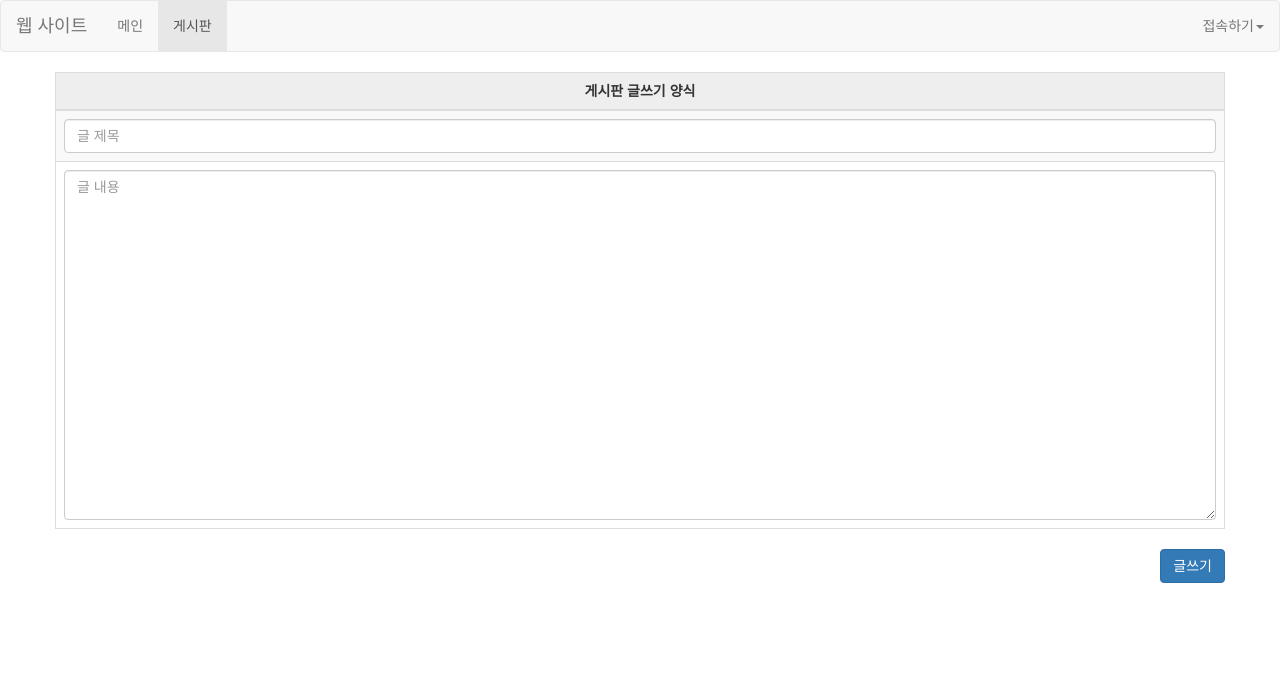
Repository: kingkingburger/webproject
Page: http://localhost/BBS/write.jsp
An editor plug-in stored every save of this project. The page is shown before and after the next save, followed by the edit.
The browser window is 1280 px wide. The pictures show the whole page.
Some web libraries are served in a nearby version. The page is served by Tomcat 9.

Above is the page before, as saved 2020-11-23 10:48:00.

After the next save:
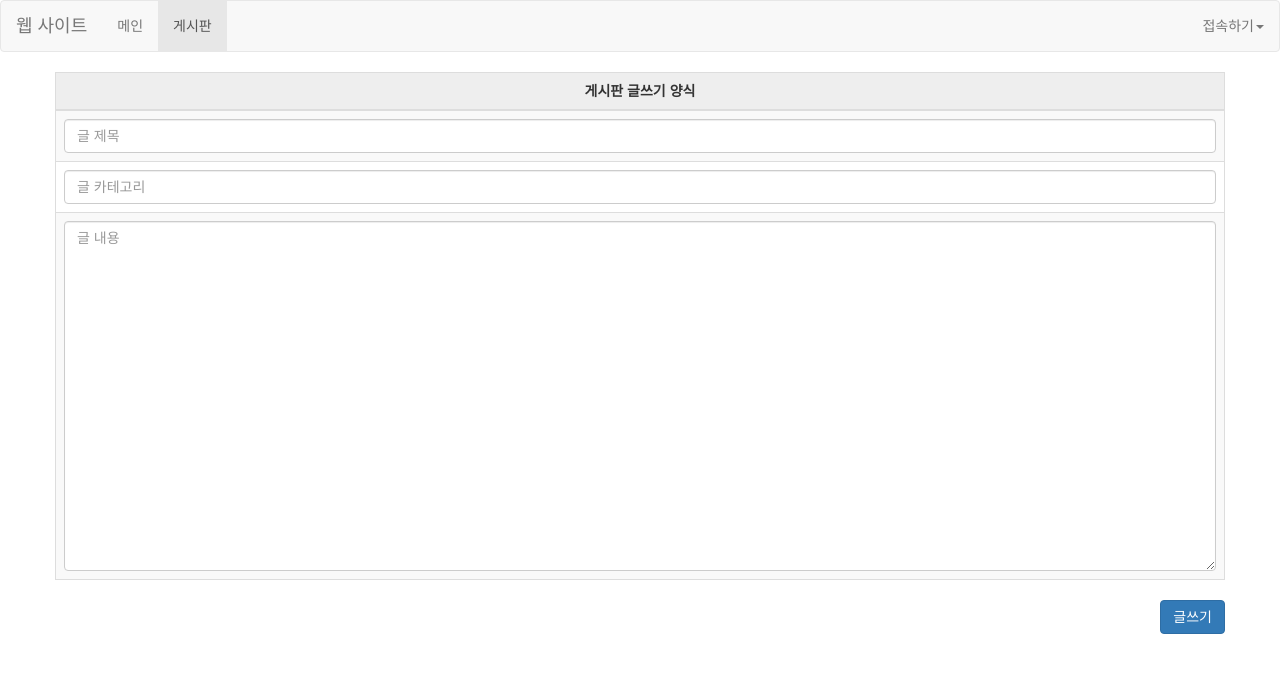
Saved 9 s later.
--- a/BBS/WebContent/write.jsp
+++ b/BBS/WebContent/write.jsp
@@ -82,6 +82,9 @@
                     <td><input type="text" class="form-control" placeholder="글 제목"  name="bbsTitle" maxlength="50" ></td>
                     </tr>
                     <tr>
+                    <td><input type="text" class="form-control" placeholder="글 카테고리"  name="bbsTitle" maxlength="50" ></td>
+                    </tr>
+                    <tr>
                     <td><textarea class="form-control" placeholder="글 내용"  name="bbsContent" maxlength="2048" style="height:350px" ></textarea></td>
                     </tr>
                 </tbody>
